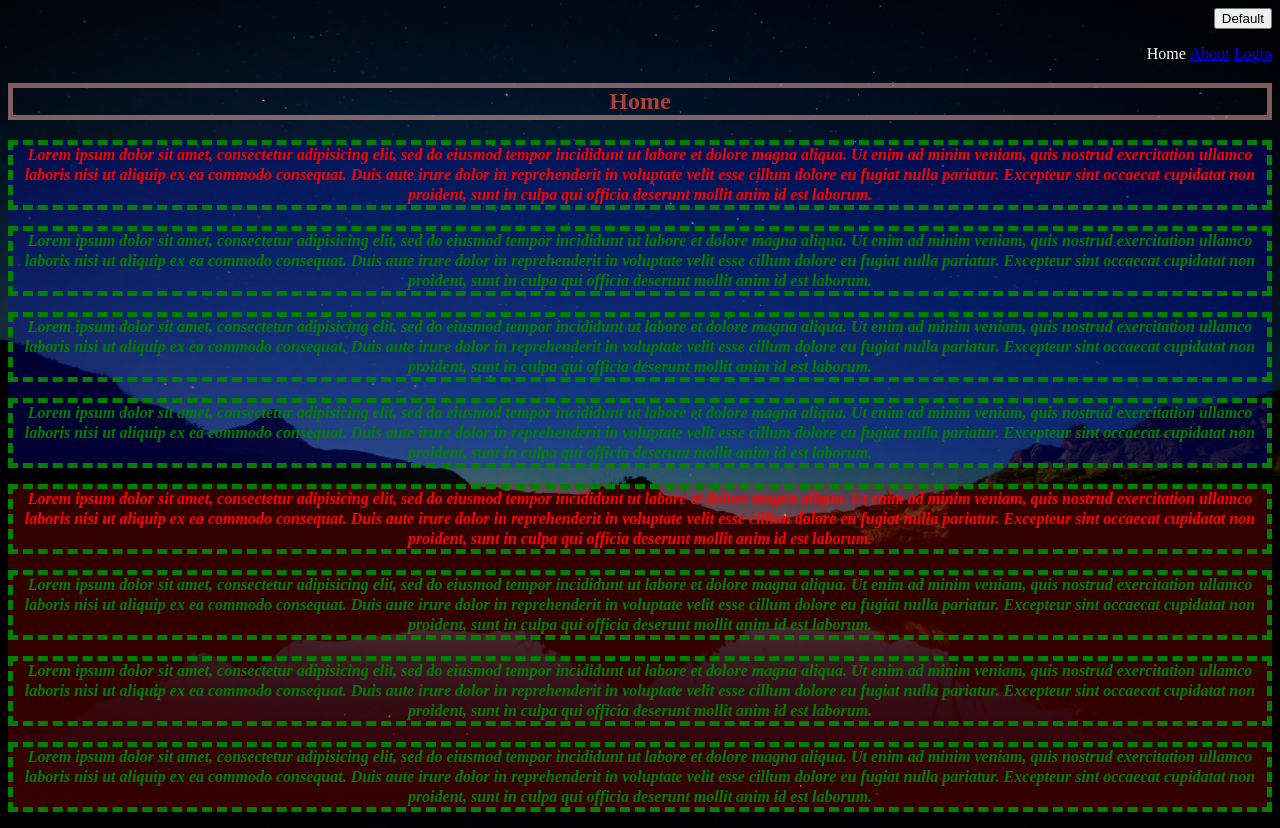
Repository: rileymeye1/ZTM
Page: project_files/index.html
The author's editor kept a copy of each file at every save. The page is drawn from the files as they stood at one save, then again after the next save.
The browser window is 1280 px wide. The pictures show the whole page.

Above is the page before, as saved 2024-08-19 17:13:29.

After the next save:
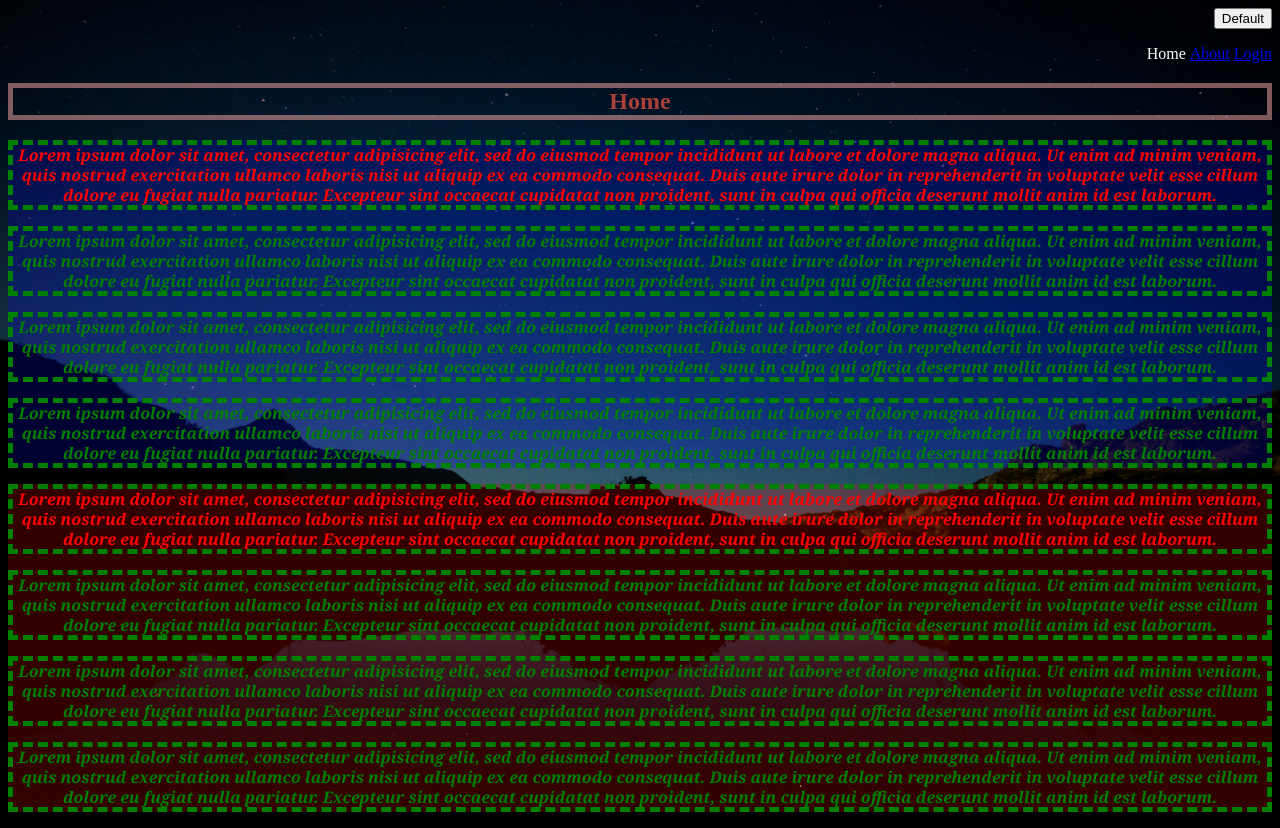
Saved 32 s later.
--- a/project_files/style.css
+++ b/project_files/style.css
@@ -24,6 +24,7 @@
   font-style: italic;
   font-weight: bold;
   font-size: 100%;
+  font-family: Georgia;
 }
 
 p {
